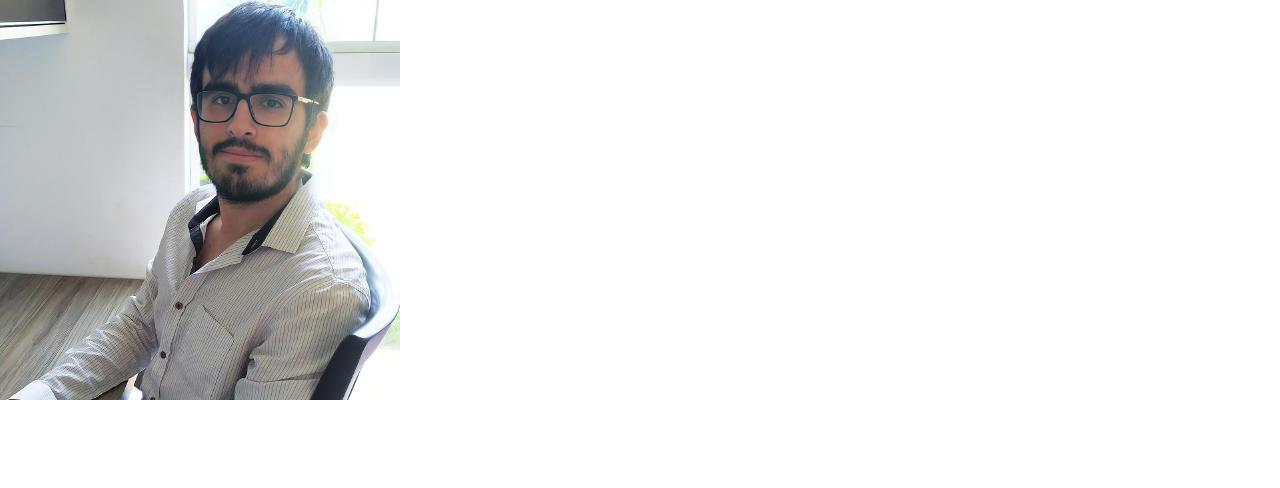
Repository: Rayago/projeto-portfolio
Page: http://localhost/
An editor plug-in stored every save of this project. The page is shown before and after the next save, followed by the edit.
The browser window is 1280 px wide. The pictures show the whole page.
The page is served by the project's application, run on Flask 3 (app.py).

Above is the page before, as saved 2022-07-11 22:51:31.

After the next save:
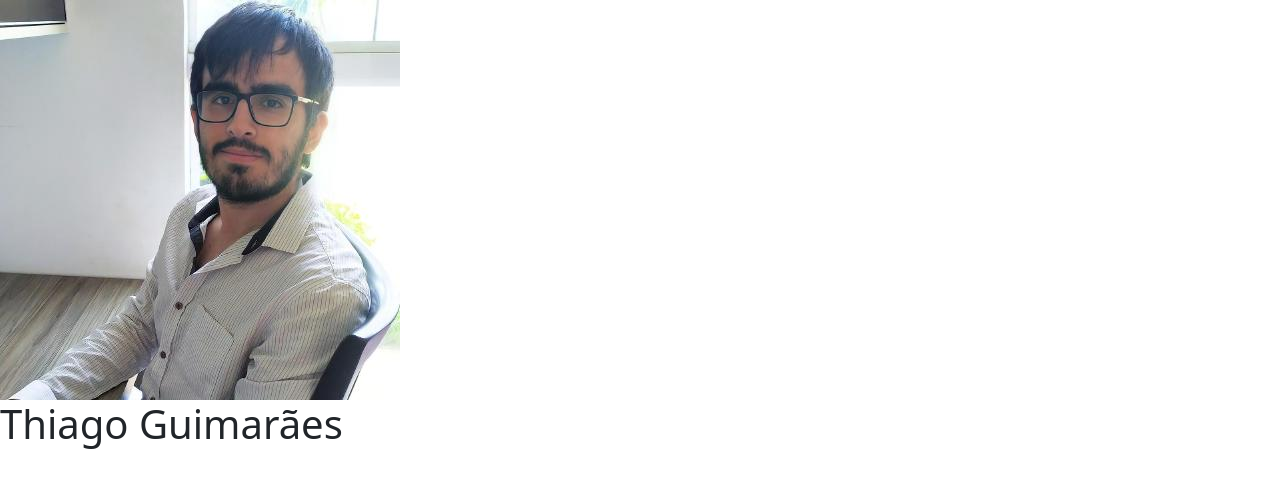
Saved 2 min 24 s later.
--- a/templates/index.html
+++ b/templates/index.html
@@ -14,6 +14,15 @@
     <aside id="header">
         <section class="profile">
             <img src="../static/img/meu_perfil.jpg" alt="Foto Perfil"/>
+            <h1>Thiago Guimarães</h1>
+            <div>
+                <a href="https://www.linkedin.com/in/raymundo-thiago">
+
+                </a>
+                <a href="https://www.github.com/Rayago">
+
+                </a>
+            </div>
         </section>
     </aside>
 
